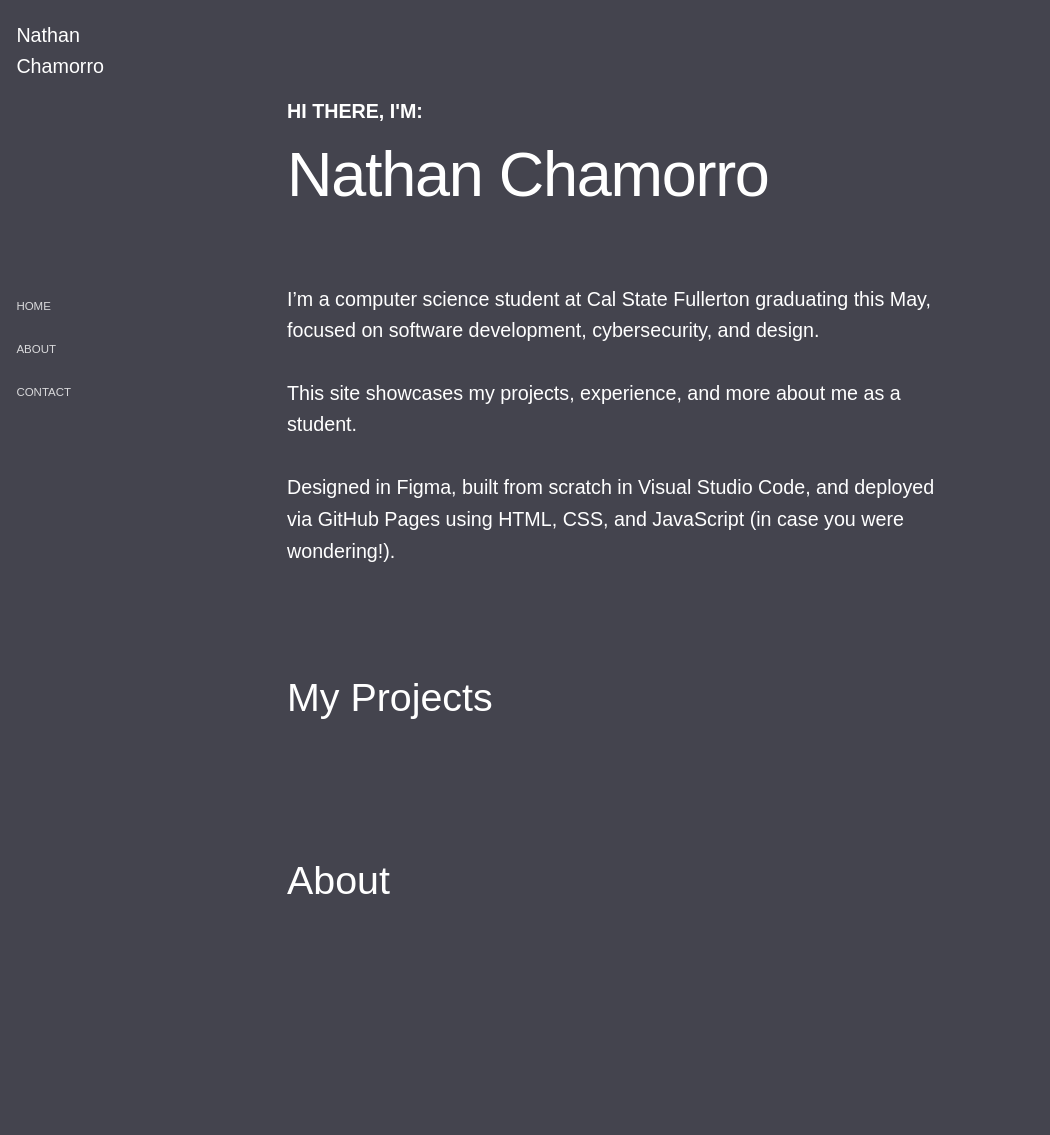
Repository: nathanchamorro1/nathanchamorro1.github.io
Page: index.html
These files come from the project's save history. The page is drawn as it stood at one moment and after the next save; the edit follows.
The browser window is 1280 px wide. The pictures show the whole page, at 82% of full size.
Some web fonts or font styles are not loaded; a fallback is used.

Above is the page before, as saved 2026-02-20 20:36:44.

### index.html
<!DOCTYPE html>
<html lang="en">

<head>
<meta charset="UTF-8">
<meta name="viewport" content = "width=device-width,initial-scale=1">
<title>Nathan Chamorro's Portfolio</title>
<link rel="icon" type="image/x-icon" href = "/assets/snoopy-favicon.ico">
<link rel="stylesheet" href="https://use.typekit.net/lhh1weh.css">
<link rel="stylesheet" href="css/style.css">
</head>
<body>

<div class="layout">
  <nav class="sidebar">
    <a href="#home" class="nav-logo">Nathan Chamorro</a>
    <ul>
      <li><a href="#home" class="nav-link">HOME</a></li>
      <li><a href="#about" class="nav-link">ABOUT</a></li>
      <li><a href="#contact" class="nav-link">CONTACT</a></li>
      </ul>
      </nav>

  <main class="content">
    <div class="content-wrapper">
  <section class="hero">
    <h2 class="reveal">HI THERE, I'M:</h2>
    <h1 class="reveal">Nathan Chamorro</h1>
  </section>
      <p class="reveal">
        <br>I’m a computer science student at Cal State Fullerton graduating this May, focused on software development, cybersecurity, and design. <br>
        <br>This site showcases my projects, experience, and more about me as a student.<br>
        <br>Designed in Figma, built from scratch in Visual Studio Code, and deployed via GitHub Pages using HTML, CSS, and JavaScript (in case you were wondering!). <br>
      </p>
    </div>

        <section id="projects" class="content-wrapper">
      <h3 class="reveal">My Projects</h3>
    </section>

    <section id="about" class="content-wrapper">
      <h3 class="reveal">About</h3>
    </section>

    <section id="contact" class="content-wrapper">
      <h3 class="reveal">Contact</h3>
    </section>
  </main>
</div>
<script src = "js/script.js"></script>

### css/style.css
body {
  background-color: #44444E;
  color: white;
  margin: 0;
  font-family: museo-sans, sans-serif;
  font-weight: 300;
  font-style: normal;
  font-variation-settings: "slnt" 0, "wght" 400;
  line-height: 1.6;
  font-size: 1.5rem;
}

.content-wrapper {
  max-width: 800px;
  margin: 0 auto;
  margin-top: 50px;
  padding: 0 40px;
  display: flex;
  flex-direction: column;
  gap: 40px;
  text-align: left;
}

.hero {
    min-height: auto;
    display: flex;
    align-items: flex-start;
    flex-direction: column;
    justify-content: flex-start;
    padding-top: 30px;
    padding-bottom: 0;
    text-align: left;
}

h1 {
    color: white;
    font-family: "instrument-serif", sans-serif;
    font-size: clamp(4.5rem,6vw, 14rem);
    font-weight: 400;
    font-variation-settings: "wght" 400;
    line-height: 0.8;
    margin: 0;
    letter-spacing: -0.02em;
}

h2 {
    color: white;
    font-family: "museo-sans", sans-serif;
    font-weight: 800;
    font-variation-settings: "wght" 400;
    font-size: 1.5rem;
    opacity: 0.8;
    margin-bottom: 10px;
    line-height: 3;
}

h3 {
    color: white;
    font-family: "instrument-serif", sans-serif;
    font-weight: 400;
    font-variation-settings: "wght" 400;
    font-size: 3rem;
    opacity: 0.8;
    align-self: flex-start;
    text-align: left;
    width: 100%;
}

.reveal {
    opacity: 0;
    transform: translateY(20px);
    transition: opacity 0.7s ease, transform 0.7s ease;
}

.reveal-visible {
    opacity: 1;
    transform: translateY(0);
}

.navbar {
    position: fixed;
    top: 0;
    width: 100%;
    background: white;
    box-shadow: 0 2px 10px rgba(0,0,0,0.05);
    z-index: 1000;
}

.nav-container {
    max-width: 1000px;
    margin: 0 auto;
    display: flex;
    justify-content: space-between;
    align-items: center;
    padding: 15px 20px;
    position: fixed;
}

.nav-menu {
    list-style: none;
    display: flex;
    gap: 25px;
    margin: 0;
    padding: 0;
    position: fixed;
    align-items: center;
}

.nav-link {
    text-decoration: none;
    color: white;
    font-size: 14px;
    position: fixed;
}

.nav-link:hover {
    opacity: 0.6;
}

/* --- Nav grid centering for .sidebar --- */
/* --- Two-column layout: left sidebar, right content --- */
.layout {
    display: grid;
    grid-template-columns: 220px 1fr; /* left column width, then content */
    min-height: 100vh;
}

/* Sidebar occupies the full viewport height and vertically centers the menu */
.sidebar {
    position: sticky;
    top: 0;
    height: 100vh;
    display: flex;
    flex-direction: column;
    padding: 24px 20px;
}

.sidebar .nav-logo {
    align-self: flex-start;
    text-decoration: none;
    color: white;
}

.sidebar ul {
    display: flex;
    flex-direction: column;
    gap: 14px;
    list-style: none;
    margin: auto 0; /* centers the list vertically within sidebar */
    padding: 0;
}

.sidebar .nav-link {
    position: static; /* override earlier fixed positioning */
    text-decoration: none;
    color: white;
    opacity: 0.8;
}

.sidebar .nav-link:hover {
    opacity: 1;
}

.content { min-width: 0; }

/* Optional: collapse to single column on small screens */
@media (max-width: 768px) {
  .layout { grid-template-columns: 1fr; }
  .sidebar {
    position: static;
    height: auto;
    padding: 16px;
  }
  .sidebar ul {
    flex-direction: row;
    gap: 16px;
    margin: 8px 0 0 0;
    justify-content: center;
  }
}

### js/script.js
const reveals = document.querySelectorAll(".reveal");

function revealOnScroll() {
  const windowHeight = window.innerHeight;

  reveals.forEach(el => {
    const elementTop = el.getBoundingClientRect().top;

    if (elementTop < windowHeight - 200) {
      el.classList.add("reveal-visible");
    }
  });
}

window.addEventListener("scroll", revealOnScroll);
revealOnScroll();

After the next save:
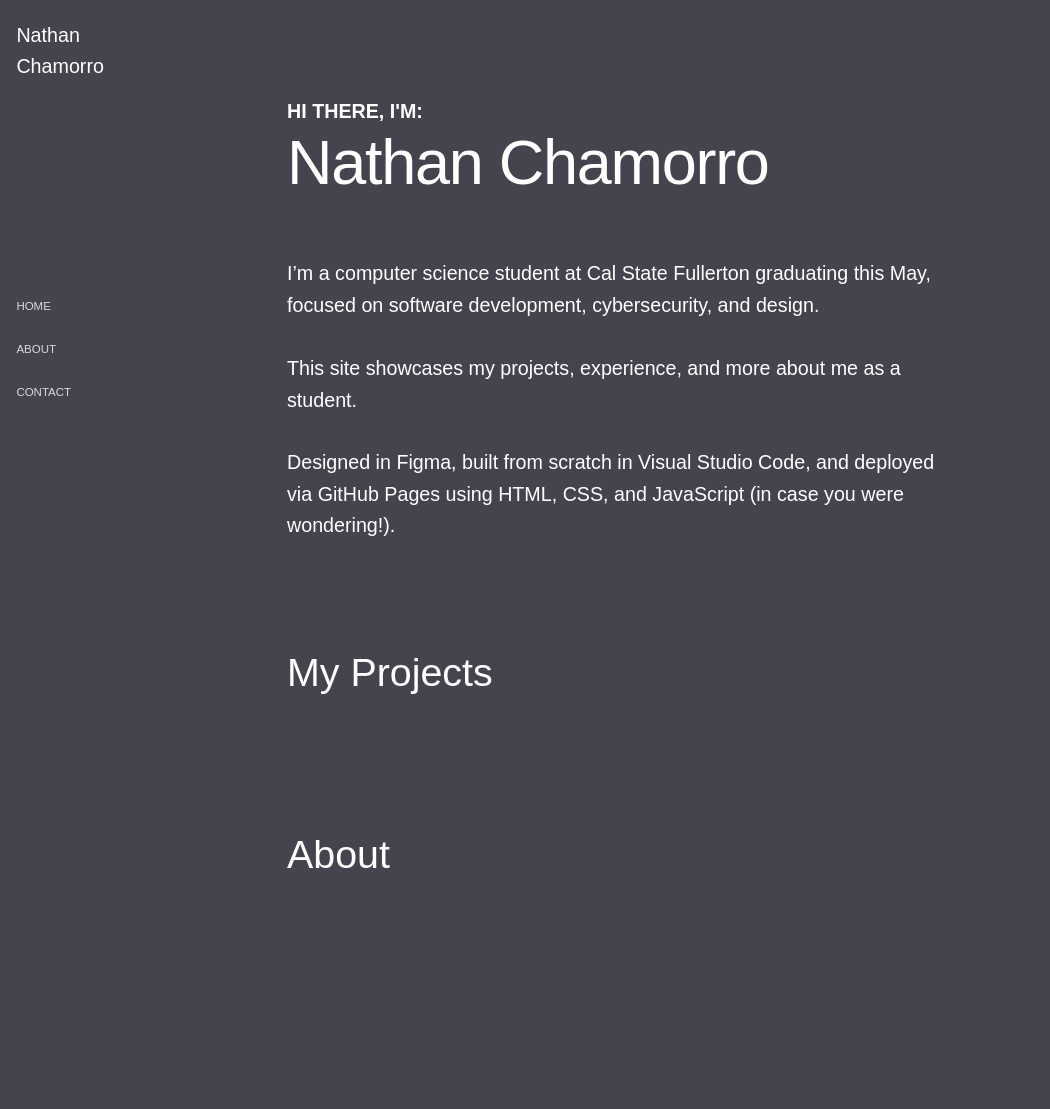
Saved 5 min 9 s later.
--- a/css/style.css
+++ b/css/style.css
@@ -38,7 +38,7 @@ h1 {
     font-size: clamp(4.5rem,6vw, 14rem);
     font-weight: 400;
     font-variation-settings: "wght" 400;
-    line-height: 0.8;
+    line-height: 0.4;
     margin: 0;
     letter-spacing: -0.02em;
 }
